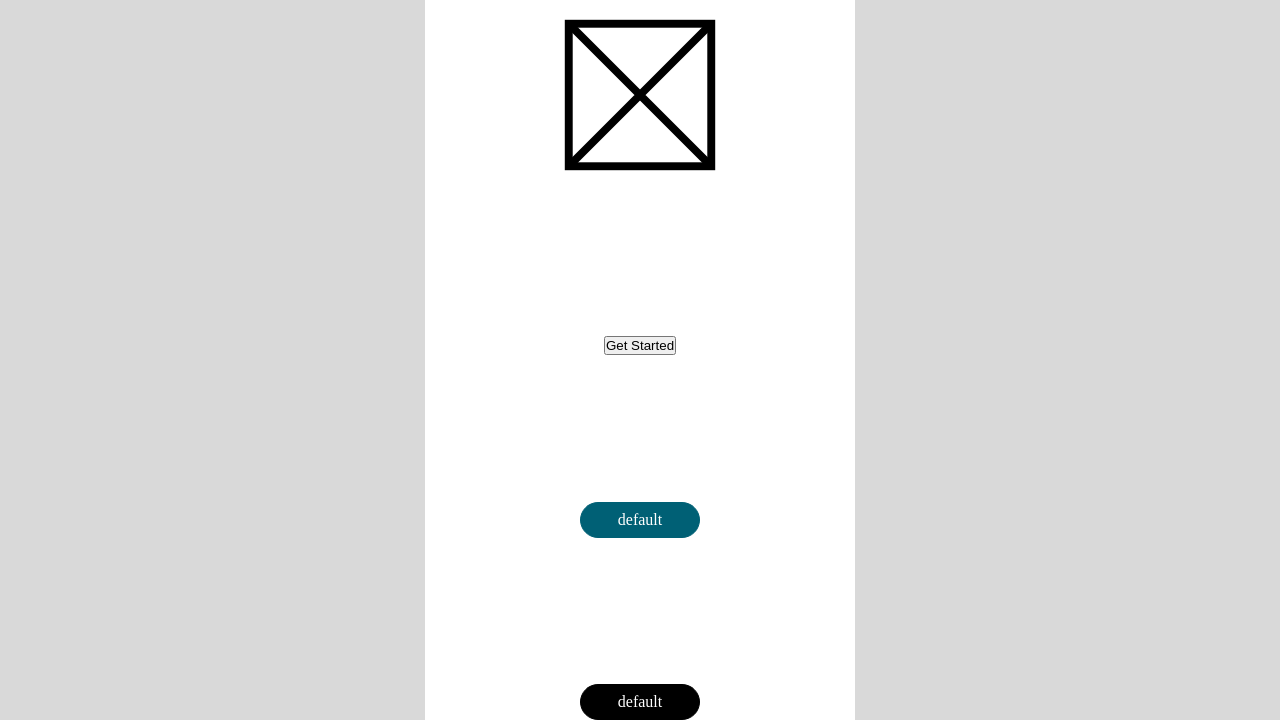
Repository: Michelle2317/CalmQuest
Page: /quiz
An editor plug-in stored every save of this project. The page is shown before and after a run of saves, followed by the edit.
The browser window is 1280 px wide. The pictures show the whole page.
The project was rebuilt for these pictures with package versions that can differ from the ones it lists, and the page was loaded fresh each time. The framework's server and built-in components were replaced by stand-ins that run in the browser. Also part of the build but not shown: next.config.mjs, components/Navbar/Navbar.module.css, components/Navbar/index.js, components/Tabbar/Tabbar.module.css, components/Tabbar/index.js.

Above is the page before, as saved 2024-04-10 07:05:14.

### pages/quiz.js
import Head from "next/head";
import styles from "@/styles/Home.module.css";
import ButtonPrimary from "@/components/ButtonPrimary";
import ButtonSecondary from "@/components/ButtonSecondary";
import Navbar from "@/components/Navbar";
import Tabbar from "@/components/Tabbar";
import Image from "next/image";
import { useState } from "react";
import Link from "next/link";

export default function Quiz() {
  const [currentScreen, setCurrentScreen] = useState(0);

  const screen1 = () => (
    <div>
      <h2>Personalize your experience</h2>
      <p>TSelect and unlock special icons, and frames</p>
    </div>
  );

  const screen2 = () => (
    <div>
      <h2>Journaling, brainstorming, and prompts</h2>
      <p>Express your thoughts and feelings, or choose a prompt from our collection to write about </p>
    </div>
  );

  const screen3 = () => (
    <div>
      <h2>Mental Health and Rewards</h2>
      <p>Check in on your mental health and unlock rewards </p>
    </div>
  );

  const screen4 = () => (
    <div>
      <h2>Are you ready to start your journey?</h2>
    </div>
  );

  const getStartedClick = () => {
    setCurrentScreen(1);
  };

  const nextClick = () => {
    if (currentScreen < 4) {
      setCurrentScreen(currentScreen + 1);
    }
  };

  return (
    <>
      <Head>
        <title>CalmQuest</title>
        <meta name="description" content="Generated by create next app" />
        <meta name="viewport" content="width=device-width, initial-scale=1" />
        <link rel="icon" href="/favicon.ico" />
      </Head>
      <main className={`${styles.main}`}>
        <div className={styles.mainContainer}>
          <Image
            src={`/images/placeholder.svg`}
            alt="placeholder"
            width={190}
            height={190}
            className={styles.placeholder}
          />
          {currentScreen === 0 && (
            <button className={styles.getStartedButton} onClick={getStartedClick}>Get Started</button>
          )}
          {currentScreen === 1 && screen1()}
          {currentScreen === 2 && screen2()}
          {currentScreen === 3 && screen3()}
          {currentScreen === 4 && screen4()}
          {currentScreen > 0 && currentScreen < 4 && (
            <button className={styles.getStartedButton} onClick={nextClick}>Next</button>
          )}
          {currentScreen === 4 && (
          <Link href="/">
            <button className={styles.getStartedButton}>Let's Go!</button>
          </Link>
          )}
          <ButtonPrimary />
          <ButtonSecondary />
        </div>
      </main>
    </>
  );
}

### styles/globals.css
:root {
	--white: #fff;
	--black: #000;
	--gray: #d9d9d9;
	--light-blue: #c9f5ff;
	--dark-turquoise: #006075;
	/* --ombre: linear-gradient(180deg, #E7ECFF 0%, #D8FFFA 100%); */
}

* {
	margin: 0;
	padding: 0;
}

### styles/Home.module.css
.main {
	display: flex;
	flex-direction: row;
	justify-content: center;
	align-items: center;
	min-height: 20vh;
	background-color: var(--gray);
	overflow-y: hidden;
}

.mainContainer {
	position: relative;
	display: flex;
	flex-direction: column;
	justify-content: space-between;
	align-items: center;
	width: 430px;
	height: 100vh;
	max-height: 932px;
	background-color: var(--white);
	overflow-y: auto;
	overflow-x: hidden;
}


/*Onboarding*/
/* .placeholder {
	padding-top: 200px;
} */

.calmQuest {
	margin-top: -220px;
}

.getStartedButton {

}

/*home content*/
.helloContainer {
	display: flex;
	flex-direction: row;
	align-items: center;
	gap: 48px;
}

.mainHello {
	font-size: var(--title2);
}

.mainQuote, .checkIn {
	font-size: var(--body-3-small);
}

.journalingContainer {
	width: 398px;
}

.explore, .prompt {
	font-size: var(--body-1-large);
	font-weight: bold;
}

.quote {
	font-size: var(--body2);
}

.write {
	text-align: right;
}

.exerciseCarousel {
	display: flex;
	flex-direction: row;
}

### components/ButtonPrimary/index.js
import styles from './ButtonPrimary.module.css'
import React from 'react'

export default function ButtonPrimary({ title = 'default' }) {
	return (
		<>
			<div>
				<div className={styles.primary}>
					<button className={styles.primaryButton}>{title}</button>
				</div>
			</div>
		</>
	)
}

### components/ButtonSecondary/index.js
import styles from './ButtonSecondary.module.css'
import React from 'react'

export default function ButtonSecondary({
	title="default",

})
	{
	return (
		<>
			<div className={styles.secondary}>
				<button className={styles.secondaryButton}>{title}</button>
			</div>
		</>
	)
}

### components/ButtonPrimary/ButtonPrimary.module.css
.primaryButton {
	text-align: center;
	color: var(--white);
	font-size: 16px;
	font-family: Nunito;
	font-weight: 400;
	word-wrap: break-word;
	width: 120px;
	height: 36px;
	background: var(--dark-turquoise);
	border: 1px var(--dark-turquoise) solid;
	border-radius: 20px;
	overflow: hidden;
	justify-content: center;
	align-items: center;
	gap: 10px;
	display: inline-flex;
}

.primaryButton:hover {
	text-align: center;
	color: var(--dark-turquoise);
	font-size: 16px;
	font-family: Nunito;
	font-weight: 400;
	word-wrap: break-word;
	width: 120px;
	height: 36px;
	background: var(--light-blue);
	border: 1px var(--dark-turquoise) solid;
	border-radius: 20px;
	overflow: hidden;
	justify-content: center;
	align-items: center;
	gap: 10px;
	display: inline-flex;
}

### components/ButtonSecondary/ButtonSecondary.module.css
.secondaryButton {
	text-align: center;
	color: var(--white);
	font-size: 16px;
	font-family: Nunito;
	font-weight: 400;
	word-wrap: break-word;
	width: 120px;
	height: 36px;
	border-radius: 20px;
	background-color: var(--black);
	overflow: hidden;
	border: 1px var(--black) solid;
	justify-content: center;
	align-items: center;
	gap: 10px;
	display: inline-flex;
}

.secondaryButton:hover {
	width: 120px;
	height: 36px;
	color: var(--black);
	background: var(--white);
	border-radius: 20px;
	overflow: hidden;
	border: 1px var(--black) solid;
	justify-content: center;
	align-items: center;
	gap: 10px;
	display: inline-flex;
}

.secondary, .button {
	color: #006075;
}

Loaded but not shown: pages/_app.js (common file); pages/_document.js (common file)

After the next 3 saves:
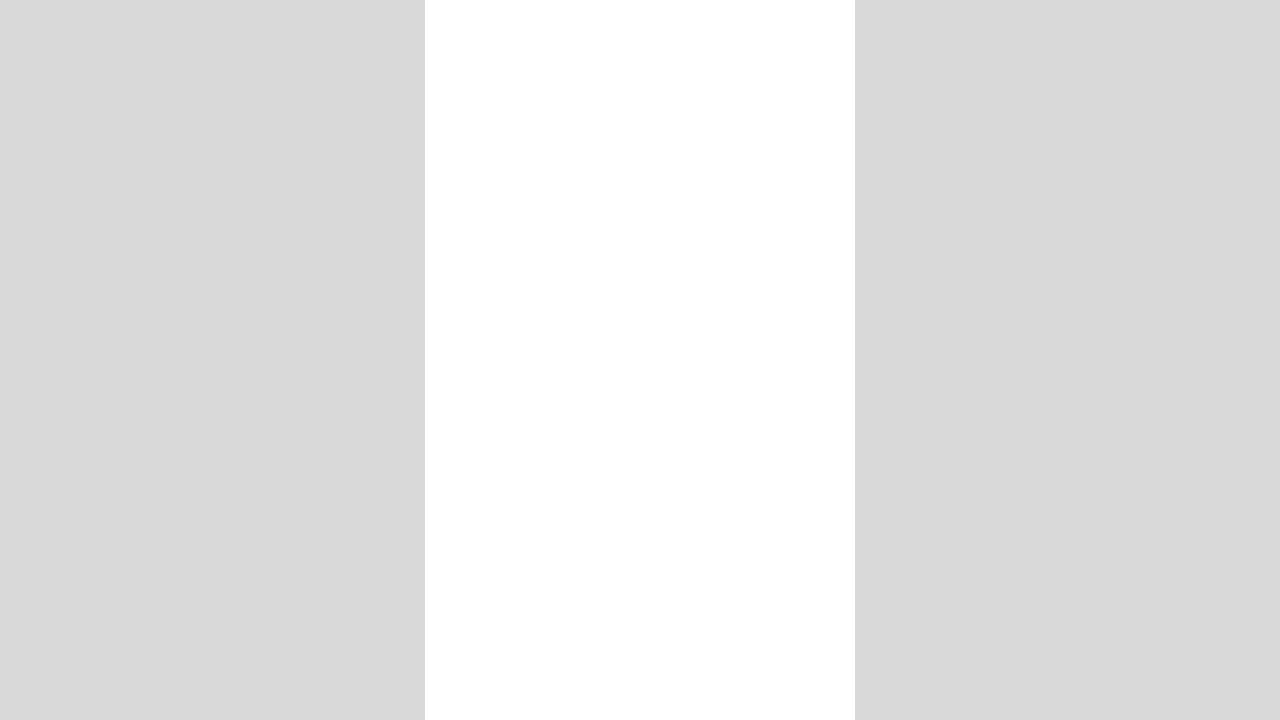
The 3 saves are shown as one change because 2 did not build or start.
The last was saved 31 s later.
--- a/pages/quiz.js
+++ b/pages/quiz.js
@@ -9,45 +9,6 @@
 import Link from "next/link";
 
 export default function Quiz() {
-  const [currentScreen, setCurrentScreen] = useState(0);
-
-  const screen1 = () => (
-    <div>
-      <h2>Personalize your experience</h2>
-      <p>TSelect and unlock special icons, and frames</p>
-    </div>
-  );
-
-  const screen2 = () => (
-    <div>
-      <h2>Journaling, brainstorming, and prompts</h2>
-      <p>Express your thoughts and feelings, or choose a prompt from our collection to write about </p>
-    </div>
-  );
-
-  const screen3 = () => (
-    <div>
-      <h2>Mental Health and Rewards</h2>
-      <p>Check in on your mental health and unlock rewards </p>
-    </div>
-  );
-
-  const screen4 = () => (
-    <div>
-      <h2>Are you ready to start your journey?</h2>
-    </div>
-  );
-
-  const getStartedClick = () => {
-    setCurrentScreen(1);
-  };
-
-  const nextClick = () => {
-    if (currentScreen < 4) {
-      setCurrentScreen(currentScreen + 1);
-    }
-  };
-
   return (
     <>
       <Head>
@@ -58,30 +19,7 @@
       </Head>
       <main className={`${styles.main}`}>
         <div className={styles.mainContainer}>
-          <Image
-            src={`/images/placeholder.svg`}
-            alt="placeholder"
-            width={190}
-            height={190}
-            className={styles.placeholder}
-          />
-          {currentScreen === 0 && (
-            <button className={styles.getStartedButton} onClick={getStartedClick}>Get Started</button>
-          )}
-          {currentScreen === 1 && screen1()}
-          {currentScreen === 2 && screen2()}
-          {currentScreen === 3 && screen3()}
-          {currentScreen === 4 && screen4()}
-          {currentScreen > 0 && currentScreen < 4 && (
-            <button className={styles.getStartedButton} onClick={nextClick}>Next</button>
-          )}
-          {currentScreen === 4 && (
-          <Link href="/">
-            <button className={styles.getStartedButton}>Let's Go!</button>
-          </Link>
-          )}
-          <ButtonPrimary />
-          <ButtonSecondary />
+
         </div>
       </main>
     </>
